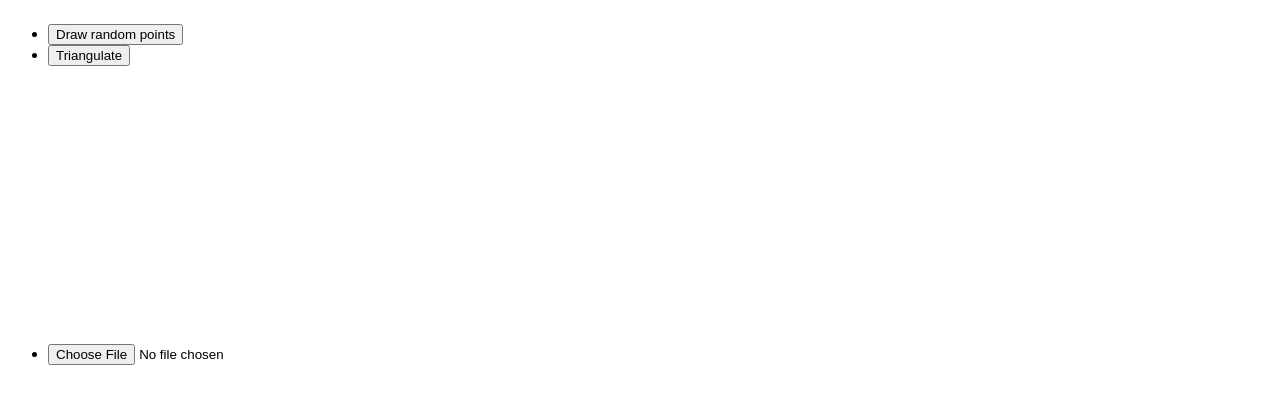
Repository: artjomjuferov/exam
Page: index.html
The author's editor kept a record of every edit. The page is drawn from the files as they stood at one moment, then again after the next edit.
The browser window is 1280 px wide. The pictures show the whole page.
After loading, the first visible `#triangulate` was clicked once.

Above is the page before.
Console error: SyntaxError: Unexpected token '='

### index.html
<html>
<head>
  <script type="text/javascript" src="jquery-1.10.2.min.js"></script>
  <script type="text/javascript" src="script.js"></script>
  <script type="text/javascript" src="math.js"></script>
  <script type="text/javascript" src="graphics.js"></script>
  <style type="text/css">
    body{
      position: relative;
    }
    .canvas{
      float: right;
      margin-right: 400px;
    }
    ul{
      float: left;
    }
  </style>
  <script type="text/javascript" src="delaunay.js">
  </script>
</head>
<body>
    <ul>
      <li>
        <button id="drawPoints">Draw random points</button>
      </li>
      <li>
        <button id="triangulate">Triangulate</button>
      </li>
    </ul>
    <div class="canvas">
      <canvas id="myCanvas" height="320" width="640"></canvas>
    </div>
    <ul>
      <li>
        <input type='file' id="imgInput"/>
      </li>
    </ul>
</body>
</html>

### script.js
$(document).ready(function(){
  window.maxT = 100;
  window.maxColor = "red";
  window.minT = -100;
  window.minColor = "blue";
  window.opacity = 1;

  var canvas = new Canvas('myCanvas');
  window.canvas = canvas;
  var points = [];//createRandomPoints(canvas, 20);
  points.push([50,50,-10]);
  points.push([250,50,10]);
  points.push([250,150,-90]);
  points.push([5,5,-10]);
  points.push([20,50,10]);
  points.push([50,150,-90]);

  $("#imgInput").change(function(){
    canvas.getImageToBg(this);
    var image = new Image();
    image.src = canvas.element.toDataURL("image/png").replace("image/png", "image/octet-stream");
    canvas.bg = image;
  });

  $("#drawPoints").click(function () {
    for (var i = 0; i < points.length; i++) {
      canvas.drawPoint(new Point(points[i][0], points[i][1], points[i][2]));
    }
  });

  $("#triangulate").click(function () {
    var triangules = triangulate(points);
    var cnvs = window.canvas.element;
    var ctx = cnvs.getContext("2d");
    window.imageData = ctx.createImageData(cnvs.width,
        cnvs.height)
    for (var i = 0; i < triangules.length; i++) {
      drawTriangle(cnvs, window.imageData, triangules[i]);
    }
    ctx.putImageData(window.imageData, 0, 0);
  });
});



var triangulate = function(points){
  var vertices = new Array(points.length);
  for (var i = 0; i < points.length; i++) {
    vertices[i] = [points[i][0], points[i][1]];
  }
  var triangles = Delaunay.triangulate(vertices);
  var resultTriangles = [];
  for(i = triangles.length; i; ) {
    --i;
    var p1 = [vertices[triangles[i]][0], vertices[triangles[i]][1], points[triangles[i]][2]];
    --i;
    var p2 = [vertices[triangles[i]][0], vertices[triangles[i]][1], points[triangles[i]][2]];
    --i;
    var p3 = [vertices[triangles[i]][0], vertices[triangles[i]][1], points[triangles[i]][2]];
    resultTriangles.push(new Triangle(p1,p2,p3));
  }
  return resultTriangles;
}

var createRandomPoints = function(canvas, amount){
  var arr = []
  for (var i = 0; i < amount; i++) {
    var x = parseInt(Math.random()*canvas.element.width);
    var y = parseInt(Math.random()*canvas.element.height);
    var z = parseInt((Math.random()-0.5)*100);
    arr.push([x,y,z]);
  };
  return arr;
}

/////////////////////////////////////////////////////////////////////
function Canvas (_id) {
  this.element = document.getElementById(_id);
}
Canvas.prototype.ctx = function() {
  return this.element.getContext('2d');
};
Canvas.prototype.drawSide = function(side) {
  var ctx = this.ctx();
  ctx.beginPath();
  ctx.moveTo(side.p1.x,side.p1.y);
  ctx.lineTo(side.p2.x,side.p2.y);
  ctx.stroke();
};
// Canvas.prototype.drawTriangle = function (triangle, maxT, minT){
//   var ctx = this.ctx();
//   ctx.globalAlpha = window.opacity;
//   ctx.beginPath();

//   var minP = triangle[1];
//   var maxP = triangle[0];

//   var gradient = ctx.createLinearGradient(minP.x, minP.y, maxP.x, maxP.y);

//   var startG = Math.abs(minP.t-window.minT)/Math.abs(window.maxT-window.minT);
//   var stopG = Math.abs(maxP.t-window.minT)/Math.abs(window.maxT-window.minT);

//   console.log(minP);
//   console.log(maxP);

//   gradient.addColorStop(String(startG), window.minColor);
//   gradient.addColorStop(String(stopG), window.maxColor);

//   ctx.moveTo(triangle[0].x,triangle[0].y);
//   ctx.lineTo(triangle[1].x,triangle[1].y);
//   ctx.lineTo(triangle[2].x,triangle[2].y);

//   ctx.fillStyle = gradient;
//   ctx.fill();

//   ctx.stroke();
//   ctx.restore();
// };

Canvas.prototype.drawPoint = function (point){
  var r = 5;
  var ctx = this.ctx();
  ctx.beginPath();
  ctx.arc(point.x, point.y, r, 0, 2 * Math.PI, false);
  ctx.fill();
  ctx.stroke();
};
Canvas.prototype.clearCanvas = function(){
  var ctx = this.ctx();
  ctx.clearRect(0, 0, this.element.width, this.element.height);
  if (this.backgroung !== undefined){
    ctx.drawImage(this.backgroung, 0, 0);
  }
}
Canvas.prototype.getImageToBg = function(input){
  var img = document.createElement('img');
  var ctx = this.ctx();
  if (input.files && input.files[0]){
    var reader = new FileReader();
    reader.onload = function (e){
      img.src = e.target.result;
      img.height = 300;
      img.width = 500;
      ctx.drawImage(img, 0, 0);
    }
    reader.readAsDataURL(input.files[0]);
  }
  return img;
};

### math.js
function lerp(a, b, fac) {
    var ret = [];

    for (var i = 0; i < Math.min(a.length, b.length); i++) {
        ret[i] = a[i] * (1 - fac) + b[i] * fac;
    }

    return ret;
}

function intersectLines(a, b, c, d) {
    // http://www.ahristov.com/tutorial/geometry-games/intersection-lines.html
    var denum = (a.x - b.x) * (c.y - d.y) - (a.y - b.y) * (c.x - d.x);

    if (denum == 0) {
        return null;
    }

    var xi = ((c.x - d.x) * (a.x * b.y - a.y * b.x) -
        (a.x - b.x) * (c.x * d.y - c.y * d.x)) / denum;
    var yi = ((c.y - d.y) * (a.x * b.y - a.y * b.x) -
        (a.y - b.y) * (c.x * d.y - c.y * d.x)) / denum;

    return new Point(xi, yi);
}

function project(target, initial, current) {
    var delta = initial.sub(target);

    if( (delta.x == 0) && (delta.y == 0) ) {
        return target;
    }

    var t = current.sub(target).mul(delta).div(delta.toDistSquared());

    return delta.mul(t.x + t.y).add(target);
}

function dot(a, b) {
    return a.x * b.x + a.y * b.y;
}

function distance(a, b) {
    return a.sub(b).toDist();
}

function Triangle(p1, p2, p3) {
    this.init(p1, p2, p3);
}
Triangle.prototype = {
    init: function(p1, p2, p3) {
        // vertex access
        this[0] = new Point(p1[0], p1[1]);
        this[1] = new Point(p2[0], p2[1]);
        this[2] = new Point(p3[0], p3[1]);

        // edge access
        this.edges = [
            [this[1], this[2]],
            [this[0], this[2]],
            [this[0], this[1]]
        ];
    }
}



function Circle(location, radius) {
    this.init(location, radius);
}
Circle.prototype = {
    init: function(location, radius) {
        this.location = location? new Point(location[0], location[1]): new Point();
        this.radius = radius? radius: 1;
    },
    contains: function(p) {
        return p.sub(this.location).toDist() <= this.radius;
    },
    intersect: function(p1, p2) {
        // http://local.wasp.uwa.edu.au/~pbourke/geometry/sphereline/
        var dp = p2.sub(p1);
        var a = dp.toDistSquared();
        var b = 2 * (dp.x * (p1.x - this.location.x) +
            dp.y * (p1.y - this.location.y));
        var c = this.location.toDistSquared() + p1.toDistSquared() - 2 *
            (this.location.x * p1.x + this.location.y * p1.y) -
            this.radius * this.radius;

        var bb4ac = b * b - 4 * a * c;

        var epsilon = 0.0001;
        if (Math.abs(a) < epsilon || bb4ac < 0) {
            return [];
        }

        if (bb4ac == 0) {
            return [p2.sub(p1).mul(-b / (2 * a)).add(p1)];
        }

        var mu1 = (-b + Math.sqrt(bb4ac)) / (2 * a);
        var mu2 = (-b - Math.sqrt(bb4ac)) / (2 * a);

        return [p2.sub(p1).mul(mu1).add(p1), p2.sub(p1).mul(mu2).add(p1)]
    }
}

function Point(x, y, t) {
    this.init(x, y, t);
}
Point.prototype = {
    init: function(x, y, t) {
        this.x = x? x: 0;
        this.y = y? y: 0;
        this.t = t? t: 0;
    },
    add: function(other) {
        return this._operationTemplate(other, function(a, b) {return a + b});
    },
    sub: function(other) {
        return this._operationTemplate(other, function(a, b) {return a - b});
    },
    mul: function(other) {
        return this._operationTemplate(other, function(a, b) {return a * b});
    },
    div: function(other) {
        return this._operationTemplate(other, function(a, b) {return a / b});
    },
    ceil: function() {
        return this._operationTemplate(null, function(a) {return Math.ceil(a)});
    },
    floor: function() {
        return this._operationTemplate(null, function(a) {return Math.floor(a)});
    },
    round: function() {
        return this._operationTemplate(null, function(a) {return Math.round(a)});
    },
    _operationTemplate: function(other, op) {
        if(isNumber(other)) {
            return new Point(op(this.x, other), op(this.y, other));
        }

        if(other == null) {
            return new Point(op(this.x), op(this.y));
        }

        return new Point(op(this.x, other.x), op(this.y, other.y));
    },
    toDist: function() {
        return Math.sqrt(this.toDistSquared());
    },
    toDistSquared: function() {
        return this.x * this.x + this.y * this.y;
    },
    normalize: function() {
        return this.div(this.toDist());
    },
    invert: function() {
        return new Point(-this.x, -this.y);
    },
    closest: function(points) {
        return this._findTemplate(points,
            function() {
                return Number.MAX_VALUE;
            },
            function(dist, recordDist) {
                return dist < recordDist;
            }
        );
    },
    farthest: function(points) {
        return this._findTemplate(points,
            function() {
                return 0;
            },
            function(dist, recordDist) {
                return dist > recordDist;
            }
        );
    },
    _findTemplate: function(points, init, compare) {
        var record = init();
        var recordPoint = points[0];

        for (var i = 1; i < points.length; i++) {
            var point = points[i];
            var dist = this.sub(point).toDist();

            if (compare(dist, record)) {
                record = dist;
                recordPoint = point;
            }
        }

        return recordPoint;
    }
}

function isNumber(n) {
    return !isNaN(parseFloat(n)) && isFinite(n);
}

### graphics.js
function process(canvas, imageData, func) {
    function setPixel(imageData, x, y, rgba) {
        var index = (x + y * imageData.width) * 4;

        for (var i = 0; i < 4; i++) {
            imageData.data[index + i] = rgba[i] * 255;
        }
    }

    for (var y = 0; y < canvas.height; y++) {
        for (var x = 0; x < canvas.width; x++) {
            var result = func(new Point(x, y));
            setPixel(imageData, x, y, result);
        }
    }
}

function drawTriangle = function(cavas, triangle) {
    var canvas = this.element;
    var padding = canvas.width * 0.1;

    triangle[0].color = [0.3, 0, 0, 0.4]; // red
    triangle[1].color = [0, 1, 0, 1]; // green
    triangle[2].color = [0, 0, 1, 1]; // blue

    var triangleGradient = function(point) {
        var DEFAULTCOLOR = [0, 0, 0, 0];
        var ret = [0, 0, 0, 0];

        for (var i = 0; i < 3; i++) {
            var v1 = triangle.edges[i][0];
            var v2 = triangle.edges[i][1];
            var v3 = triangle[i];
            var isect = intersectLines(v1, v2, v3, point);

            if (isect) {
                var pointVertexDist = distance(point, v3);
                var isectVertexDist = distance(isect, v3);

                if (pointVertexDist <= isectVertexDist) {
                    var lerpFac = 1 - pointVertexDist /
                        isectVertexDist;

                    for (var j = 0; j < ret.length; j++) {
                        ret[j] += v3.color[j] * lerpFac;
                    }
                } else {
                    return DEFAULTCOLOR;
                }
            } else {
                return DEFAULTCOLOR;
            }
        }

        return ret;
    }

    process(canvas, imageData, triangleGradient);
    setTimeout(function(){alert("one")}(),5000);

}

### delaunay.js
var Delaunay;

(function() {
  "use strict";

  var EPSILON = 1.0 / 1048576.0;

  function supertriangle(vertices) {
    var xmin = Number.POSITIVE_INFINITY,
        ymin = Number.POSITIVE_INFINITY,
        xmax = Number.NEGATIVE_INFINITY,
        ymax = Number.NEGATIVE_INFINITY,
        i, dx, dy, dmax, xmid, ymid;

    for(i = vertices.length; i--; ) {
      if(vertices[i][0] < xmin) xmin = vertices[i][0];
      if(vertices[i][0] > xmax) xmax = vertices[i][0];
      if(vertices[i][1] < ymin) ymin = vertices[i][1];
      if(vertices[i][1] > ymax) ymax = vertices[i][1];
    }

    dx = xmax - xmin;
    dy = ymax - ymin;
    dmax = Math.max(dx, dy);
    xmid = xmin + dx * 0.5;
    ymid = ymin + dy * 0.5;

    return [
      [xmid - 20 * dmax, ymid -      dmax],
      [xmid            , ymid + 20 * dmax],
      [xmid + 20 * dmax, ymid -      dmax]
    ];
  }

  function circumcircle(vertices, i, j, k) {
    var x1 = vertices[i][0],
        y1 = vertices[i][1],
        x2 = vertices[j][0],
        y2 = vertices[j][1],
        x3 = vertices[k][0],
        y3 = vertices[k][1],
        fabsy1y2 = Math.abs(y1 - y2),
        fabsy2y3 = Math.abs(y2 - y3),
        xc, yc, m1, m2, mx1, mx2, my1, my2, dx, dy;

    /* Check for coincident points */
    if(fabsy1y2 < EPSILON && fabsy2y3 < EPSILON)
      throw new Error("Eek! Coincident points!");

    if(fabsy1y2 < EPSILON) {
      m2  = -((x3 - x2) / (y3 - y2));
      mx2 = (x2 + x3) / 2.0;
      my2 = (y2 + y3) / 2.0;
      xc  = (x2 + x1) / 2.0;
      yc  = m2 * (xc - mx2) + my2;
    }

    else if(fabsy2y3 < EPSILON) {
      m1  = -((x2 - x1) / (y2 - y1));
      mx1 = (x1 + x2) / 2.0;
      my1 = (y1 + y2) / 2.0;
      xc  = (x3 + x2) / 2.0;
      yc  = m1 * (xc - mx1) + my1;
    }

    else {
      m1  = -((x2 - x1) / (y2 - y1));
      m2  = -((x3 - x2) / (y3 - y2));
      mx1 = (x1 + x2) / 2.0;
      mx2 = (x2 + x3) / 2.0;
      my1 = (y1 + y2) / 2.0;
      my2 = (y2 + y3) / 2.0;
      xc  = (m1 * mx1 - m2 * mx2 + my2 - my1) / (m1 - m2);
      yc  = (fabsy1y2 > fabsy2y3) ?
        m1 * (xc - mx1) + my1 :
        m2 * (xc - mx2) + my2;
    }

    dx = x2 - xc;
    dy = y2 - yc;
    return {i: i, j: j, k: k, x: xc, y: yc, r: dx * dx + dy * dy};
  }

  function dedup(edges) {
    var i, j, a, b, m, n;

    for(j = edges.length; j; ) {
      b = edges[--j];
      a = edges[--j];

      for(i = j; i; ) {
        n = edges[--i];
        m = edges[--i];

        if((a === m && b === n) || (a === n && b === m)) {
          edges.splice(j, 2);
          edges.splice(i, 2);
          break;
        }
      }
    }
  }

  Delaunay = {
    triangulate: function(vertices, key) {
      var n = vertices.length,
          i, j, indices, st, open, closed, edges, dx, dy, a, b, c;

      /* Bail if there aren't enough vertices to form any triangles. */
      if(n < 3)
        return [];

      /* Slice out the actual vertices from the passed objects. (Duplicate the
       * array even if we don't, though, since we need to make a supertriangle
       * later on!) */
      vertices = vertices.slice(0);

      if(key)
        for(i = n; i--; )
          vertices[i] = vertices[i][key];

      /* Make an array of indices into the vertex array, sorted by the
       * vertices' x-position. */
      indices = new Array(n);

      for(i = n; i--; )
        indices[i] = i;

      indices.sort(function(i, j) {
        return vertices[j][0] - vertices[i][0];
      });

      /* Next, find the vertices of the supertriangle (which contains all other
       * triangles), and append them onto the end of a (copy of) the vertex
       * array. */
      st = supertriangle(vertices);
      vertices.push(st[0], st[1], st[2]);

      /* Initialize the open list (containing the supertriangle and nothing
       * else) and the closed list (which is empty since we havn't processed
       * any triangles yet). */
      open   = [circumcircle(vertices, n + 0, n + 1, n + 2)];
      closed = [];
      edges  = [];

      /* Incrementally add each vertex to the mesh. */
      for(i = indices.length; i--; edges.length = 0) {
        c = indices[i];

        /* For each open triangle, check to see if the current point is
         * inside it's circumcircle. If it is, remove the triangle and add
         * it's edges to an edge list. */
        for(j = open.length; j--; ) {
          /* If this point is to the right of this triangle's circumcircle,
           * then this triangle should never get checked again. Remove it
           * from the open list, add it to the closed list, and skip. */
          dx = vertices[c][0] - open[j].x;
          if(dx > 0.0 && dx * dx > open[j].r) {
            closed.push(open[j]);
            open.splice(j, 1);
            continue;
          }

          /* If we're outside the circumcircle, skip this triangle. */
          dy = vertices[c][1] - open[j].y;
          if(dx * dx + dy * dy - open[j].r > EPSILON)
            continue;

          /* Remove the triangle and add it's edges to the edge list. */
          edges.push(
            open[j].i, open[j].j,
            open[j].j, open[j].k,
            open[j].k, open[j].i
          );
          open.splice(j, 1);
        }

        /* Remove any doubled edges. */
        dedup(edges);

        /* Add a new triangle for each edge. */
        for(j = edges.length; j; ) {
          b = edges[--j];
          a = edges[--j];
          open.push(circumcircle(vertices, a, b, c));
        }
      }

      /* Copy any remaining open triangles to the closed list, and then
       * remove any triangles that share a vertex with the supertriangle,
       * building a list of triplets that represent triangles. */
      for(i = open.length; i--; )
        closed.push(open[i]);
      open.length = 0;

      for(i = closed.length; i--; )
        if(closed[i].i < n && closed[i].j < n && closed[i].k < n)
          open.push(closed[i].i, closed[i].j, closed[i].k);

      /* Yay, we're done! */
      return open;
    },
    contains: function(tri, p) {
      /* Bounding box test first, for quick rejections. */
      if((p[0] < tri[0][0] && p[0] < tri[1][0] && p[0] < tri[2][0]) ||
         (p[0] > tri[0][0] && p[0] > tri[1][0] && p[0] > tri[2][0]) ||
         (p[1] < tri[0][1] && p[1] < tri[1][1] && p[1] < tri[2][1]) ||
         (p[1] > tri[0][1] && p[1] > tri[1][1] && p[1] > tri[2][1]))
        return null;

      var a = tri[1][0] - tri[0][0],
          b = tri[2][0] - tri[0][0],
          c = tri[1][1] - tri[0][1],
          d = tri[2][1] - tri[0][1],
          i = a * d - b * c;

      /* Degenerate tri. */
      if(i === 0.0)
        return null;

      var u = (d * (p[0] - tri[0][0]) - b * (p[1] - tri[0][1])) / i,
          v = (a * (p[1] - tri[0][1]) - c * (p[0] - tri[0][0])) / i;

      /* If we're outside the tri, fail. */
      if(u < 0.0 || v < 0.0 || (u + v) > 1.0)
        return null;

      return [u, v];
    }
  };

  if(typeof module !== "undefined")
    module.exports = Delaunay;
})();

Loaded but not shown: jquery-1.10.2.min.js (library)

After the next edit:
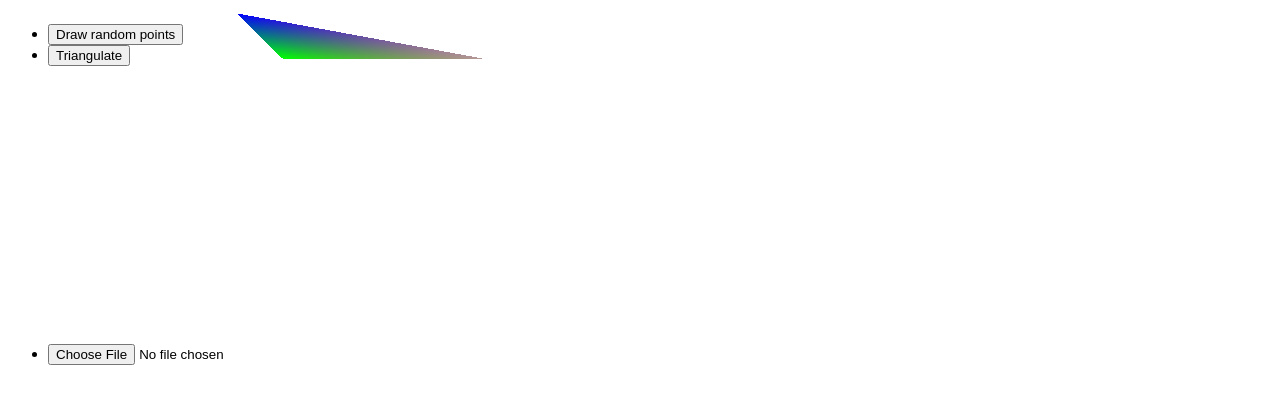
The error is gone.
The edit:
--- a/graphics.js
+++ b/graphics.js
@@ -15,8 +15,7 @@
     }
 }
 
-function drawTriangle = function(cavas, triangle) {
-    var canvas = this.element;
+function drawTriangle (canvas, imageData, triangle) {
     var padding = canvas.width * 0.1;
 
     triangle[0].color = [0.3, 0, 0, 0.4]; // red
